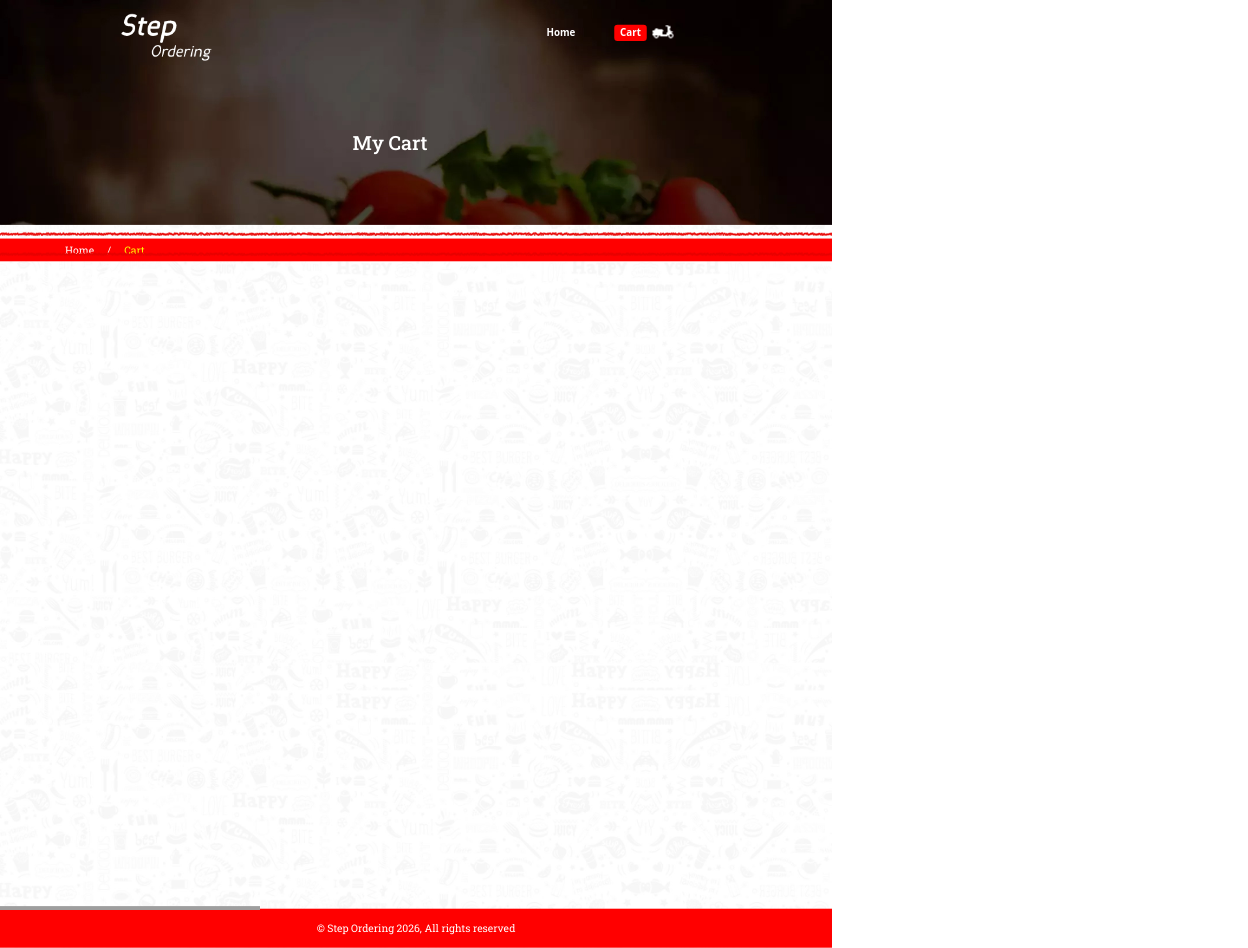
Repository: anastasia29-step/OnlineRestaurant
Page: Cart.html
The author's editor kept a copy of each file at every save. The page is drawn from the files as they stood at one save, then again after the next save.
The browser window is 1280 px wide. The page is 1280 px wide, then 1920 px, so the pictures cover 1920 px, including what lies to the right of the window. The pictures show the whole page, at 65% of full size.
Pictures or frames that could not be fetched are drawn as grey boxes. Some web libraries are served in a nearby version.

Above is the page before, as saved 2026-03-11 20:48:49.

### Cart.html
<!DOCTYPE html>
<html lang="en">
<head>
    <meta charset="UTF-8">
    <meta name="viewport" content="width=device-width, initial-scale=1.0">
    <title>Document</title>
    <link rel="stylesheet" href="./cart.css">
    <link rel="stylesheet" href="./style.css">
    <link rel="preconnect" href="https://fonts.googleapis.com">
    <link rel="preconnect" href="https://fonts.gstatic.com" crossorigin>
    <link href="https://fonts.googleapis.com/css2?family=Roboto+Slab:wght@100..900&display=swap" rel="stylesheet">
    <link rel="stylesheet" href="https://cdnjs.cloudflare.com/ajax/libs/font-awesome/7.0.1/css/all.min.css"
    integrity="sha512-2SwdPD6INVrV/lHTZbO2nodKhrnDdJK9/kg2XD1r9uGqPo1cUbujc+IYdlYdEErWNu69gVcYgdxlmVmzTWnetw=="
    crossorigin="anonymous" referrerpolicy="no-referrer" />
</head>
<body>
    <section class="FirstLine">

        <div class="beside" id="navbar">
            <div class="left">
                <a href="./index.html"><img src="./photo/logo.png" alt=""></a>
            </div>

            <div class="right">
                <a href="./index.html">Home</a>
                <a href="./Cart.html" class="a">Cart</a>
                <a href="./Cart.html">
                    <img src="./photo/istockphoto-609074524-612x612 Background Removed.png" alt=""></a>
            </div>
        </div>

        <div class="bottom">
            <h1>My Cart</h1>
        </div>

    </section>

    <div class="fisrtimg">
        <img src="./photo/border.png" alt="" class="firBorder">
    </div>

    <section class="SecondLine">
        <a href="./index.html">Home</a>
        <p>/</p>
        <a href="./Cart.html">Cart</a>
    </section>

    <div class="secondimg">
        <img src="./photo/border.png" alt="" class="firBorder">
    </div>


    <footer>
            <p>© Step Ordering 2026, All rights reserved</p>
    </footer>
</body>
</html>

### cart.css
* {
    margin: 0;
    padding: 0;
    box-sizing: border-box;
    font-family: "Roboto Slab", serif;
}

body {
    background-image: url(./photo/cart_bg.jpg);
    background-position: center;
    background-size: contain;
}

section.SecondLine {
    background-color: #FF0000;
    height: 35px;
    display: flex;
    width: 100%;
    gap: 20px;
    padding-left: 100px;
    align-items: center;
    color: white;
}

section.SecondLine a {
    text-decoration: none;
    color: white;
}

section.SecondLine a:nth-child(3) {
    color: yellow;
}

.fisrtimg img {
    width: 100%;
    height: 7px;
    margin-top: -54px;
}

.secondimg img{
    width: 100%;
    height: 7px;
    margin-bottom: 1000px;
    margin-top: -15px;
}

### style.css
* {
    margin: 0;
    padding: 0;
    box-sizing: border-box;
}

.section {
    display: flex;
    flex-direction: column;
    justify-content: center;
    align-items: center;
    padding: 60px;
    gap: 10px;
}

section.section img {
    width: 80%;
    height: 5px;
    display: flex;
    justify-content: center;
    align-items: center;
}

.section h1 {
    font-style: bold;
    font-family: "Roboto Slab", serif;
    font-weight: 900;
}

ul {
    display: flex;
    justify-content: center;
    height: 80px;
    flex-wrap: wrap;
    list-style: none;
    font-weight: 400;
    gap: 18px;
    font-family: system-ui, -apple-system, BlinkMacSystemFont, 'Segoe UI', Roboto, Oxygen, Ubuntu, Cantarell, 'Open Sans', 'Helvetica Neue', sans-serif;
    align-items: center;
    margin-bottom: -12px;
}

ul::after {
    content: "";
    display: block;
    height: 6px;
    background-image: url("border.png");
    background-repeat: repeat-x;
    background-position: bottom;
}

.FirstLine {
    height: 48vh;
    background-image: url(./photo/inner_banner.jpg);
    background-position: center;
    background-repeat: no-repeat;
    background-size: cover;
    padding-left: 170px;
    padding-top: 20px;
}

.beside {
    position: fixed;
    top: 0;
    left: 0;
    width: 100%;
    display: flex;
    justify-content: space-between;
    padding: 20px 170px;
    transition: 0.3s;
    z-index: 1000;
}

.beside.active {
    background: rgba(5, 5, 5, 0.8);
}

.beside.active::after {
    content: "";
    position: absolute;
    bottom: 0;
    left: 0;
    width: 100%;
    height: 100px;
    background-image: url("photo/border.png");
    background-repeat: repeat-x;
}

.beside .right {
    display: flex;
    gap: 20px;
    padding-right: 60px;
    padding-top: 20px;
}

.FirstLine .right :first-child:hover {
    color: #FFCC00;
}

.beside .right a {
    text-decoration: none;
    color: white;
    font-family: system-ui, -apple-system, BlinkMacSystemFont, 'Segoe UI', Roboto, Oxygen, Ubuntu, Cantarell, 'Open Sans', 'Helvetica Neue', sans-serif;
    font-size: 15px;
    font-weight: 700;
}

.beside .right .a {
    background-color: red;
    width: 50px;
    height: 25px;
    padding-top: 2px;
    text-align: center;
    border-radius: 5px;
    margin-top: -2px;
    margin-left: 40px;
}

.beside .right .a:hover+a img {
    transform: translateX(50px);
}

.beside .right img {
    width: 60px;
    margin-top: -21px;
    margin-left: -25px;
    transition: transform 3.0s;
}

.FirstLine .bottom h1 {
    text-align: center;
    color: white;
    margin-top: 180px;
    margin-right: 250px;
    font-size: 30px;
    font-weight: 500;
    font-family: "Roboto Slab", serif;
}

.section h1 {
    font-weight: 500;
    font-size: 35px;
}

ul li {
    height: 100%;
    font-size: 20px;
    cursor: pointer;
    transition: 0.5s;
    display: flex;
    flex-wrap: wrap;
    justify-content: center;
    align-items: center;
    padding: 5px;
    position: relative;
}

ul li:hover {
    background-color: red;
    color: white;
    position: relative;

}

ul li:hover::after {
    position: absolute;
    left: 0;
    right: 0;
    top: -4px;
    margin: auto;
    content: "";
    background: url(https://restaurant.stepprojects.ge/images/copyright_border.png);
    width: 100%;
    height: 6px;
    background-repeat: no-repeat;
}

ul li:hover::before {
    position: absolute;
    content: "";
    left: -4px;
    bottom: 0;
    top: 0;
    margin: auto;
    background: url(/photo/hover_Vbg.png);
    width: 6px;
}

.sectionCard {
    display: flex;
    width: 100%;
    padding: 60px;
    margin-top: -140px;
    justify-content: center;
}

.leftSide {
    width: 30%;
    padding: 40px;
    margin-left: 50px;
}

.filteredCard {
    width: 250px;
    height: 390px;
    display: flex;
    flex-direction: column;
    justify-content: space-between;
    align-items: center;
    padding: 20px;
    padding-bottom: 20px;
    background-color: #F1F1F1;
    border: 1px solid rgb(174, 172, 172);
    border-radius: 5px;
    font-family: system-ui, -apple-system, BlinkMacSystemFont, 'Segoe UI', Roboto, Oxygen, Ubuntu, Cantarell, 'Open Sans', 'Helvetica Neue', sans-serif;
    font-size: 18px;
    margin-left: 50px;

}

.filteredCard p {
    margin-top: -5px;
    margin-bottom: 10px;
}

.first {
    display: flex;
    width: 100%;
    justify-content: space-between;
}

.next {
    display: flex;
    align-items: center;
    text-align: center;
    width: 200px;
    height: 40px;
    gap: 10px;
    margin-top: -30px;
    margin-bottom: -10px;
}

.next .check {
    width: 20px;
    height: 20px;
    cursor: pointer;
    appearance: none;
    border: 2px solid grey;
    border-radius: 2px;
}
.next .check:checked {
    background-color: red;
    border: 2px solid red;
}
.next .check:checked::after {
    content: "✔";
    color: white;
    font-size: 14px;
    display: flex;
    justify-content: center;
    align-items: center;
}

.check:hover {
    border: 2px solid black;
}

.next p {
    font-size: 15px;
    margin-top: 5px;
}

.filteredCard button {
    height: 45px;
    width: 210px;
    background-color: #FF0000;
    color: white;
    border: none;
    border-radius: 5px;
    cursor: pointer;
    transition: 0.5s;
    font-size: 16px;
    font-family: system-ui, -apple-system, BlinkMacSystemFont, 'Segoe UI', Roboto, Oxygen, Ubuntu, Cantarell, 'Open Sans', 'Helvetica Neue', sans-serif;
    font-weight: 800;
}

.reset {
    margin-bottom: 25px;
}

.range {
    width: 90%;
    appearance: none;
    -webkit-appearance: none;
    margin-top: -40px;
}

.range::-webkit-slider-runnable-track {
    height: 10px;
    background: #FF0000;
    border-radius: 10px;
}

.range::-webkit-slider-thumb {
    appearance: none;
    -webkit-appearance: none;
    width: 20px;
    height: 20px;
    background-color: white;
    border-radius: 50%;
    border: 1px solid grey;
    cursor: pointer;
    margin-top: -6px;
}

.range::-moz-range-track {
    height: 6px;
    background-color: red;
    border-radius: 10px;
}

.range::-moz-range-thumb {
    width: 18px;
    height: 18px;
    background-color: white;
    border-radius: 50%;
    cursor: pointer;
}


.filteredCard button:hover {
    background-color: #FFCC00;
}

.rightSide {
    display: flex;
    justify-content: center;
    flex-wrap: wrap;
    padding: 40px;
    gap: 25px;
    margin-left: -150px;
}

.card {
    width: 250px;
    height: 420px;
    display: flex;
    flex-direction: column;
    align-items: center;
    justify-content: space-between;
    padding-bottom: 15px;
    border: 2px solid #CFCFCF;
    border-radius: 17px;
    cursor: pointer;
    transition: 0.5s;
    position: relative;
}

.card:hover {
    box-shadow: 0 0 20px black;
}
.card img {
    width: 100%;
    height: 202px;
    object-fit: cover;
    margin-top: -2px;
    border-top-left-radius: 17px;
    border-top-right-radius: 17px;
    background-color: #CFCFCF;
}

.card h1 {
    font-size: 20px;
    font-family: system-ui, -apple-system, BlinkMacSystemFont, 'Segoe UI', Roboto, Oxygen, Ubuntu, Cantarell, 'Open Sans', 'Helvetica Neue', sans-serif;
}

.sides {
    display: flex;
    justify-content: center;
    gap: 7px;
}

.checks {
    display: flex;
    gap: 3px;
}

.card .bottom {
    width: 100%;
    padding: 10px;
    display: flex;
    justify-content: space-between;
    align-items: center;
}

.card .bottom button {
    height: 38px;
    width: 104px;
    display: flex;
    justify-content: center;
    align-items: center;
    border: 2px double rgb(26, 26, 26);
    background-color: transparent;
    transition: 0.5s;
    cursor: pointer;
    position: relative;
}

.card .bottom button::before {
    content: "";
    top: -3px;
    left: -4px;
    position: absolute;
    background: url(/photo/bt_border.png);
    width: 108px;
    height: 42px;
}

.card .bottom button:hover {
    background-color: #FF0000;
    color: white;
    border: none;
}

.card .bottom button:hover::before {
    content: "";
    top: -3px;
    left: -4px;
    position: absolute;
    background: url(/photo/bt_hoverborder.png);
    width: 108px;
    height: 42px;
}

footer {
    background-color: #FF0000;
    height: 60px;
    width: 1200px;
    display: flex;
    justify-content: center;
    align-items: center;
    text-align: center;
    color: white;
    position: relative;
    float: left;
    width: 100%;
    padding: 18px;

}

footer::after {
    position: absolute;
    left: 0;
    right: 0;
    top: -4px;
    margin: auto;
    content: "";
    background: url(https://restaurant.stepprojects.ge/images/copyright_border.png);
    width: 100%;
    height: 6px;
    background-repeat: no-repeat;
}

After the next save:
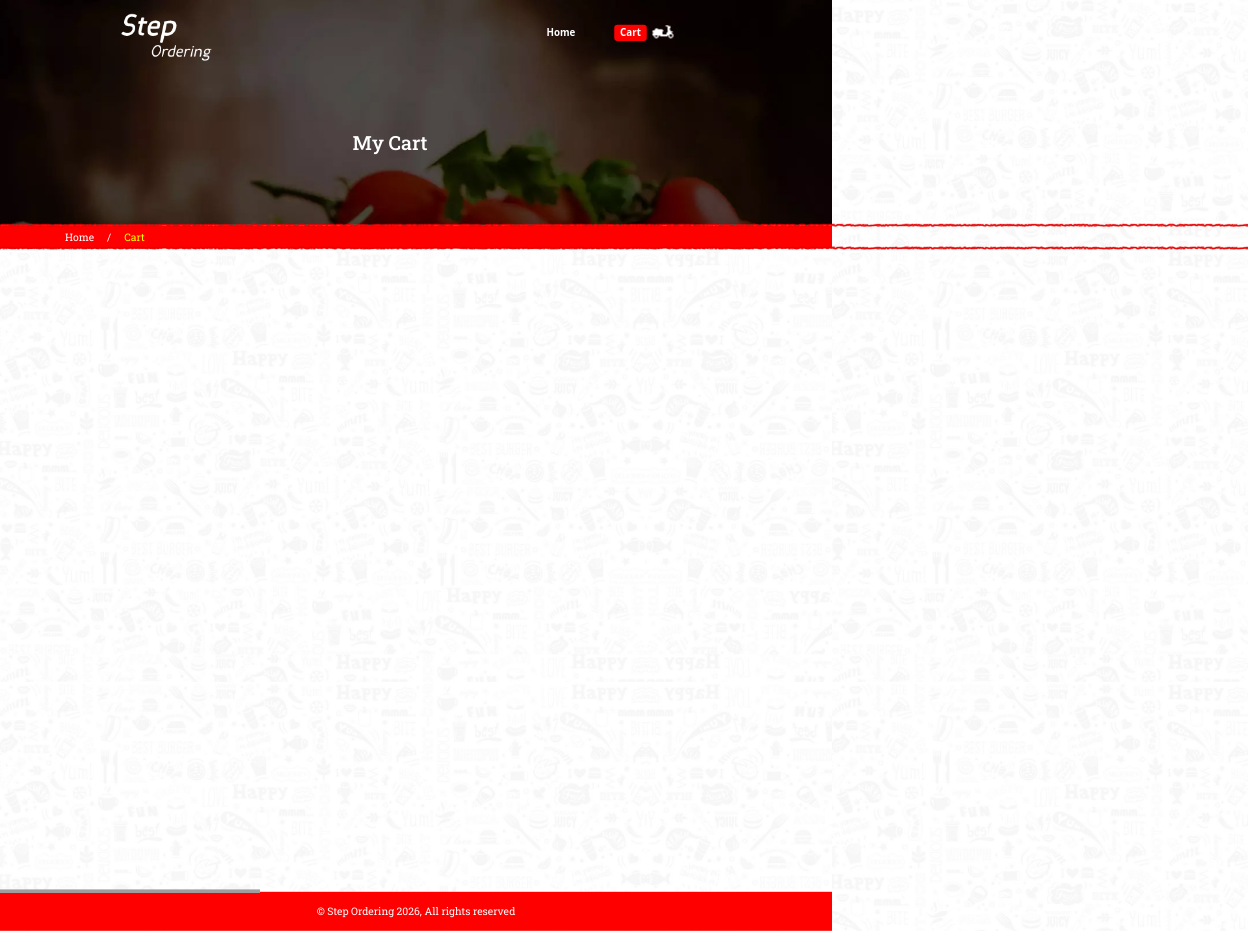
Saved 2 min 49 s later.
--- a/cart.css
+++ b/cart.css
@@ -31,15 +31,15 @@
     color: yellow;
 }
 
-.fisrtimg img {
+.fisrtimg {
     width: 100%;
-    height: 7px;
-    margin-top: -54px;
+    height: 15px;
+    margin-top: -14px;
 }
 
-.secondimg img{
+.secondimg {
     width: 100%;
-    height: 7px;
+    height: 5px;
     margin-bottom: 1000px;
     margin-top: -15px;
 }
